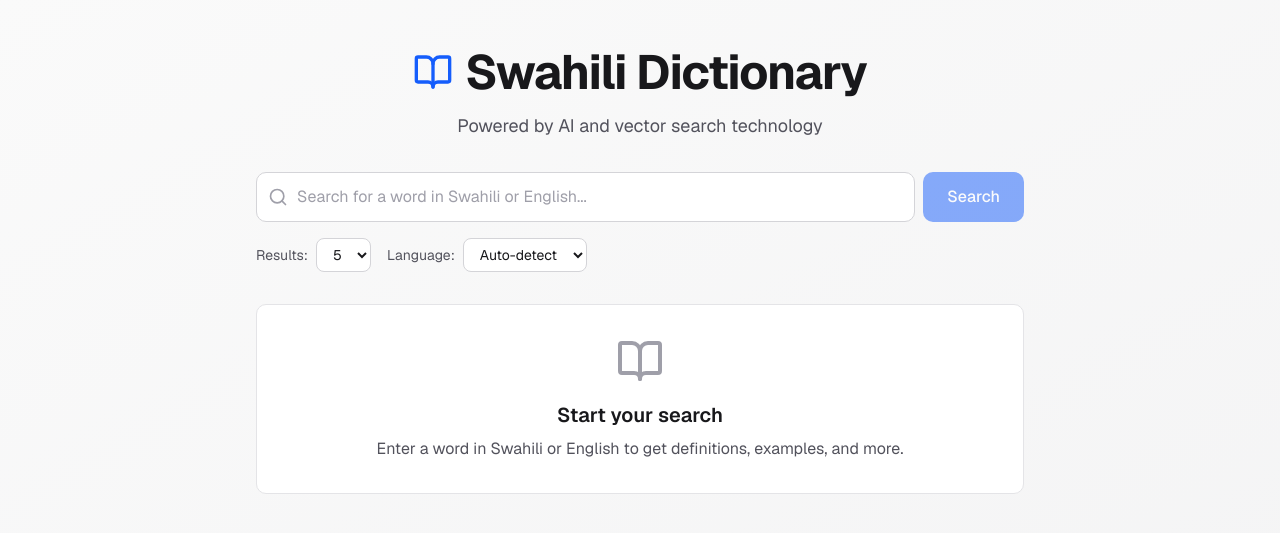
Repository: DevLaukey/kiswahili-eng-dictionary
Page: /
These files come from the project's save history. The page is drawn as it stood at one moment and after the next save; the edit follows.
The browser window is 1280 px wide. The pictures show the whole page.
The page's requests for data from a server got no answer. The project was rebuilt for these pictures with package versions that can differ from the ones it lists, and the page was loaded fresh each time. The framework's server and built-in components were replaced by stand-ins that run in the browser. No one was signed in, and anything a server would have sent is missing. Also part of the build but not shown: next.config.ts, components/DictionaryEntry.tsx, components/SearchResults.tsx, components/HealthStatus.tsx, components/PipelineSteps.tsx.

Above is the page before, as saved 2026-02-19 17:08:08.

After the next save:
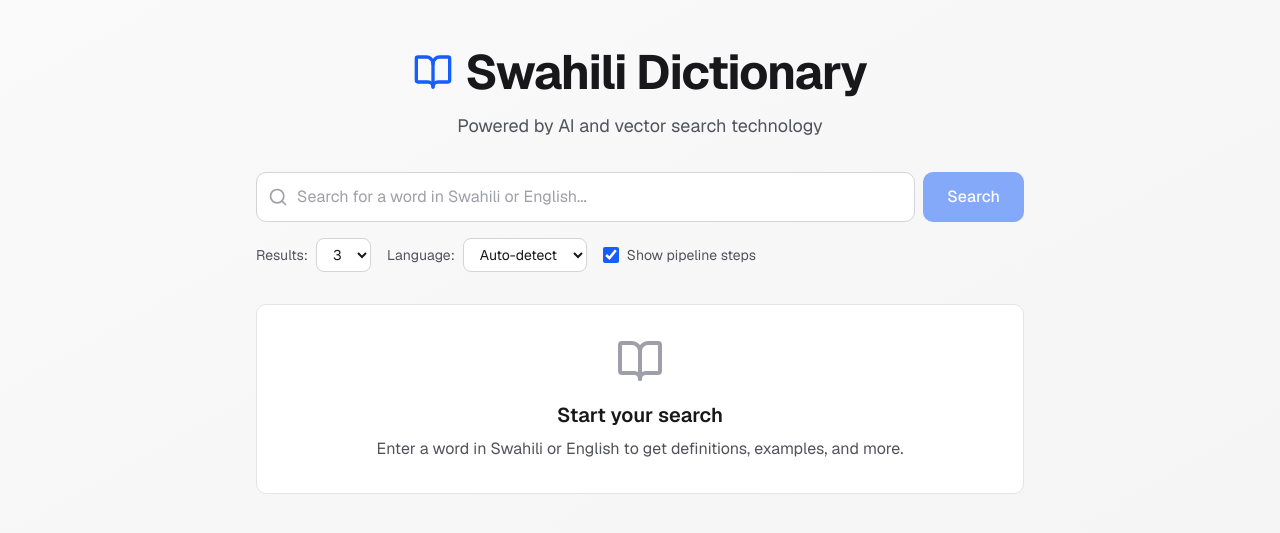
Saved 34 min 36 s later.
--- a/components/SearchBar.tsx
+++ b/components/SearchBar.tsx
@@ -7,11 +7,18 @@ import { Language } from "@/lib/types";
 interface SearchBarProps {
   onSearch: (query: string, k: number, language: Language) => void;
   isLoading: boolean;
+  showPipelineSteps: boolean;
+  onTogglePipelineSteps: (value: boolean) => void;
 }
 
-export function SearchBar({ onSearch, isLoading }: SearchBarProps) {
+export function SearchBar({
+  onSearch,
+  isLoading,
+  showPipelineSteps,
+  onTogglePipelineSteps,
+}: SearchBarProps) {
   const [query, setQuery] = useState("");
-  const [k, setK] = useState(5);
+  const [k, setK] = useState(3);
   const [language, setLanguage] = useState<Language>(Language.AUTO);
 
   const handleSubmit = (e: React.FormEvent) => {
@@ -90,6 +97,18 @@ export function SearchBar({ onSearch, isLoading }: SearchBarProps) {
             <option value={Language.ENGLISH}>English</option>
           </select>
         </div>
+
+        <label className="flex cursor-pointer items-center gap-2 select-none">
+          <input
+            type="checkbox"
+            checked={showPipelineSteps}
+            onChange={(e) => onTogglePipelineSteps(e.target.checked)}
+            className="h-4 w-4 rounded border-zinc-300 accent-blue-600 dark:border-zinc-600"
+          />
+          <span className="text-zinc-600 dark:text-zinc-400">
+            Show pipeline steps
+          </span>
+        </label>
       </div>
     </form>
   );
